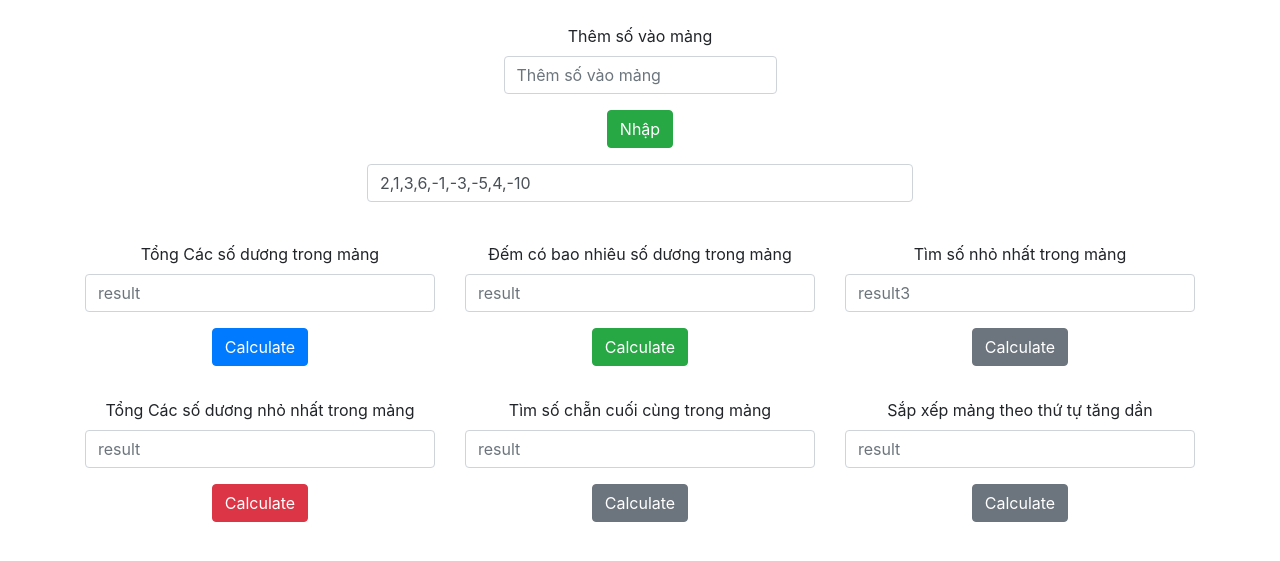
Repository: baobaodeveloper/bootcamp21__array__HuynhAnhBao
Page: index.html
An editor plug-in stored every save of this project. The page is shown before and after the next save, followed by the edit.
The browser window is 1280 px wide. The pictures show the whole page.

Above is the page before, as saved 2022-03-20 17:23:36.

After the next save:
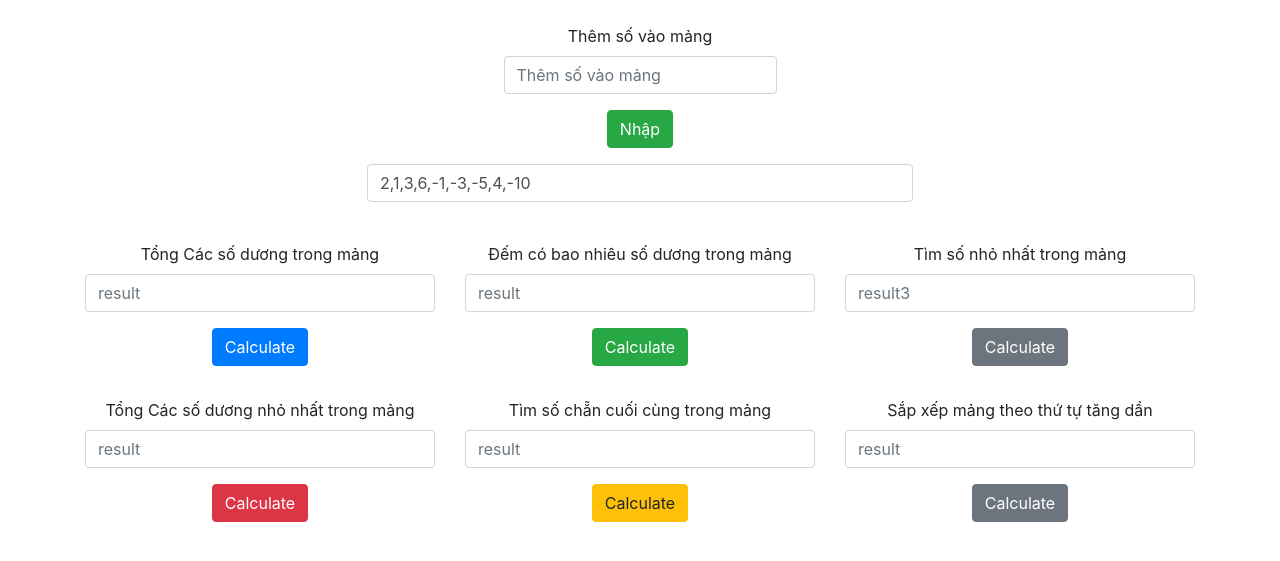
Saved 26 s later.
--- a/index.html
+++ b/index.html
@@ -121,7 +121,7 @@
           />
           <button
             type="button"
-            class="btn btn-secondary m-3"
+            class="btn btn-warning m-3"
             id="total-number-position"
           >
             Calculate
